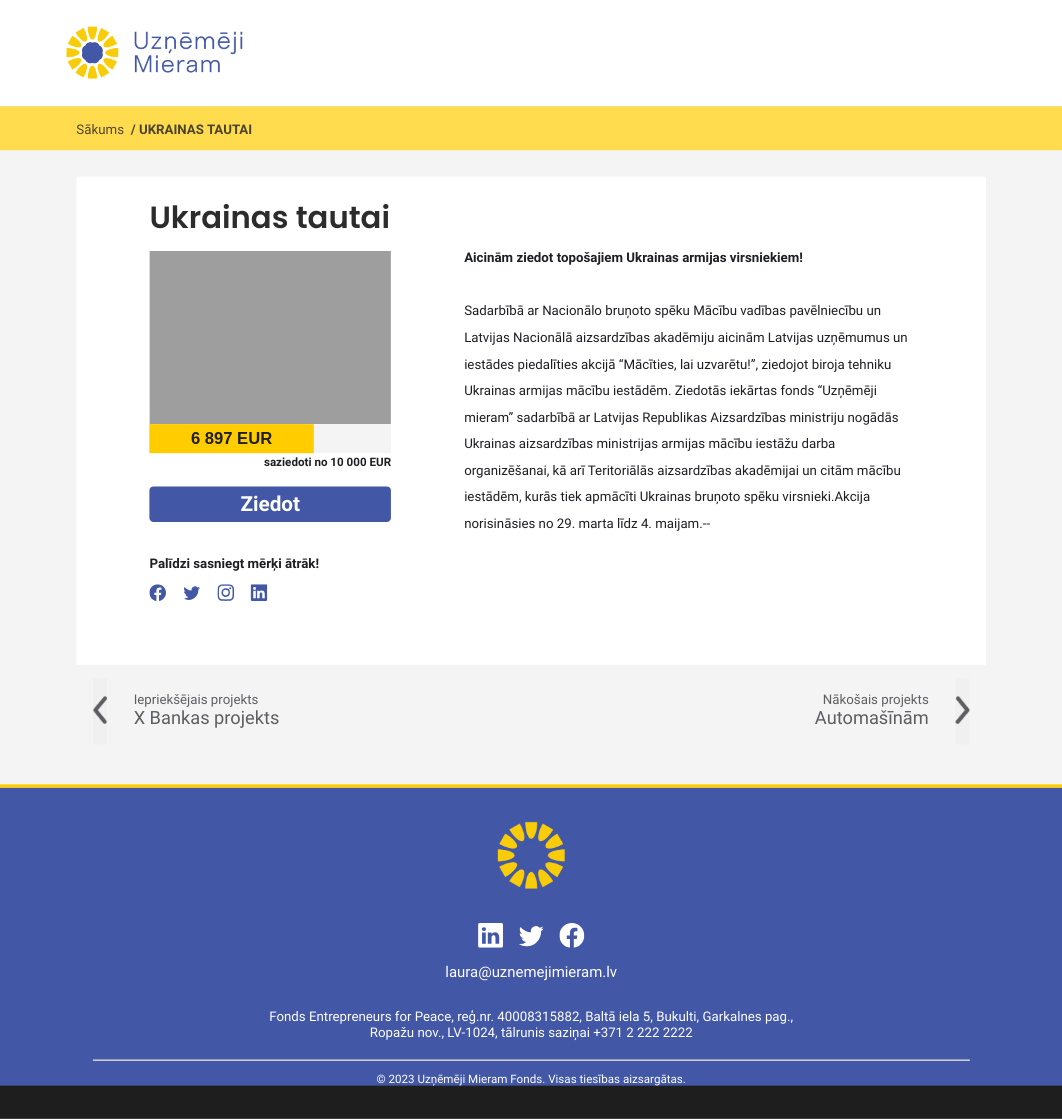
Repository: KatrinaPa/projekts11
Page: projekts-donateUkr.html
The author's editor kept a copy of each file at every save. The page is drawn from the files as they stood at one save, then again after the next save.
The browser window is 1280 px wide. The pictures show the whole page, at 83% of full size.
Pictures or frames that could not be fetched are drawn as grey boxes.

Above is the page before, as saved 2023-05-31 05:20:21.
Console error: TypeError: Cannot read properties of null (reading 'children')

### projekts-donateUkr.html
<!DOCTYPE html>
<html lang="en">

<head>
    <meta charset="UTF-8">
    <meta http-equiv="X-UA-Compatible" content="IE=edge">
    <meta name="viewport" content="width=device-width, initial-scale=1.0">
    <title>Ukrainas tautai</title>
    <link rel="preconnect" href="https://fonts.googleapis.com">
    <link rel="preconnect" href="https://fonts.gstatic.com" crossorigin>
    <link href="https://fonts.googleapis.com/css2?family=Poppins:wght@300;400;500;600;700&display=swap"
        rel="stylesheet">
    <link rel="preconnect" href="https://fonts.googleapis.com">
    <link rel="preconnect" href="https://fonts.gstatic.com" crossorigin>
    <link href="https://fonts.googleapis.com/css2?family=Poppins:wght@300;400;500;600&display=swap" rel="stylesheet">
    <link rel="stylesheet" href="./assets/main.css" />
    <link rel="stylesheet" href="./assets/projekti.css" />
    <link rel="stylesheet" href="https://cdnjs.cloudflare.com/ajax/libs/font-awesome/6.2.0/css/all.min.css" />
    <script src="assets/main.js" defer></script>
</head>

<body>
    <div class="panel">
        <header class="header">
            <nav class="navbar">
                <a href="sakums.html" id="project-nav-home"><img src="assets/images/UM_logo.png" alt="uznemejiMieram"
                        id="logo"></a>
                <div class="navigation">
                    <ul class="nav-menu">
                        <li class="nav-item"><a href="sakums.html" class="nav-link">Sākums</a></li>
                        <li class="nav-item"><a href="donate_projects.html" class="nav-link">Ziedot</a></li>
                    </ul>
                    <div class="hamburger">
                        <span class="bar"></span>
                        <span class="bar"></span>
                        <span class="bar"></span>
                    </div>
                </div>
            </nav>
        </header>
        <main>
            <section id="wrapper_project" class="section_project">
                <div class="project-nav">
                    <a href="sakums.html" id="project-nav-home">Sākums</a>
                    <p>/ UKRAINAS TAUTAI</p>
                </div>
                <div class="carousel_project">
                    <h1>Ukrainas tautai</h1>
                    <div class="wrapper_donate_project">
                        <div class="donate_project-left">
                            <img src="assets/images/img_36.png" alt="">
                            <div class="thMeter_raised">
                                <div class="thMeter-wrapper">
                                    <button id="thMeter-proj-support">6 897 EUR</button>
                                    <p>saziedoti no 10 000 EUR</p>
                                </div>
                            </div>

                            <div class="btn_ziedot-project">
                                <a href="donate_Ukr-private-onetime.html" class="ziedot-proj"
                                    id="ziedot-proj-support">Ziedot</a>
                            </div>
                            <div class="share">
                                <p>Palīdzi sasniegt mērķi ātrāk!</p>
                                <div>
                                    <svg xmlns="http://www.w3.org/2000/svg" width="20" height="20" fill="#4257A6"
                                        class="bi bi-facebook" viewBox="0 0 16 16">
                                        <path
                                            d="M16 8.049c0-4.446-3.582-8.05-8-8.05C3.58 0-.002 3.603-.002 8.05c0 4.017 2.926 7.347 6.75 7.951v-5.625h-2.03V8.05H6.75V6.275c0-2.017 1.195-3.131 3.022-3.131.876 0 1.791.157 1.791.157v1.98h-1.009c-.993 0-1.303.621-1.303 1.258v1.51h2.218l-.354 2.326H9.25V16c3.824-.604 6.75-3.934 6.75-7.951z" />
                                    </svg>
                                    <svg xmlns="http://www.w3.org/2000/svg" width="20" height="20" fill="#4257A6"
                                        class="bi bi-twitter" viewBox="0 0 16 16">
                                        <path
                                            d="M5.026 15c6.038 0 9.341-5.003 9.341-9.334 0-.14 0-.282-.006-.422A6.685 6.685 0 0 0 16 3.542a6.658 6.658 0 0 1-1.889.518 3.301 3.301 0 0 0 1.447-1.817 6.533 6.533 0 0 1-2.087.793A3.286 3.286 0 0 0 7.875 6.03a9.325 9.325 0 0 1-6.767-3.429 3.289 3.289 0 0 0 1.018 4.382A3.323 3.323 0 0 1 .64 6.575v.045a3.288 3.288 0 0 0 2.632 3.218 3.203 3.203 0 0 1-.865.115 3.23 3.23 0 0 1-.614-.057 3.283 3.283 0 0 0 3.067 2.277A6.588 6.588 0 0 1 .78 13.58a6.32 6.32 0 0 1-.78-.045A9.344 9.344 0 0 0 5.026 15z" />
                                    </svg>
                                    <svg xmlns="http://www.w3.org/2000/svg" width="20" height="20" fill="#4257A6"
                                        class="bi bi-instagram" viewBox="0 0 16 16">
                                        <path
                                            d="M8 0C5.829 0 5.556.01 4.703.048 3.85.088 3.269.222 2.76.42a3.917 3.917 0 0 0-1.417.923A3.927 3.927 0 0 0 .42 2.76C.222 3.268.087 3.85.048 4.7.01 5.555 0 5.827 0 8.001c0 2.172.01 2.444.048 3.297.04.852.174 1.433.372 1.942.205.526.478.972.923 1.417.444.445.89.719 1.416.923.51.198 1.09.333 1.942.372C5.555 15.99 5.827 16 8 16s2.444-.01 3.298-.048c.851-.04 1.434-.174 1.943-.372a3.916 3.916 0 0 0 1.416-.923c.445-.445.718-.891.923-1.417.197-.509.332-1.09.372-1.942C15.99 10.445 16 10.173 16 8s-.01-2.445-.048-3.299c-.04-.851-.175-1.433-.372-1.941a3.926 3.926 0 0 0-.923-1.417A3.911 3.911 0 0 0 13.24.42c-.51-.198-1.092-.333-1.943-.372C10.443.01 10.172 0 7.998 0h.003zm-.717 1.442h.718c2.136 0 2.389.007 3.232.046.78.035 1.204.166 1.486.275.373.145.64.319.92.599.28.28.453.546.598.92.11.281.24.705.275 1.485.039.843.047 1.096.047 3.231s-.008 2.389-.047 3.232c-.035.78-.166 1.203-.275 1.485a2.47 2.47 0 0 1-.599.919c-.28.28-.546.453-.92.598-.28.11-.704.24-1.485.276-.843.038-1.096.047-3.232.047s-2.39-.009-3.233-.047c-.78-.036-1.203-.166-1.485-.276a2.478 2.478 0 0 1-.92-.598 2.48 2.48 0 0 1-.6-.92c-.109-.281-.24-.705-.275-1.485-.038-.843-.046-1.096-.046-3.233 0-2.136.008-2.388.046-3.231.036-.78.166-1.204.276-1.486.145-.373.319-.64.599-.92.28-.28.546-.453.92-.598.282-.11.705-.24 1.485-.276.738-.034 1.024-.044 2.515-.045v.002zm4.988 1.328a.96.96 0 1 0 0 1.92.96.96 0 0 0 0-1.92zm-4.27 1.122a4.109 4.109 0 1 0 0 8.217 4.109 4.109 0 0 0 0-8.217zm0 1.441a2.667 2.667 0 1 1 0 5.334 2.667 2.667 0 0 1 0-5.334z" />
                                    </svg>
                                    <svg xmlns="http://www.w3.org/2000/svg" width="20" height="20" fill="#4257A6"
                                        class="bi bi-linkedin" viewBox="0 0 16 16">
                                        <path
                                            d="M0 1.146C0 .513.526 0 1.175 0h13.65C15.474 0 16 .513 16 1.146v13.708c0 .633-.526 1.146-1.175 1.146H1.175C.526 16 0 15.487 0 14.854V1.146zm4.943 12.248V6.169H2.542v7.225h2.401zm-1.2-8.212c.837 0 1.358-.554 1.358-1.248-.015-.709-.52-1.248-1.342-1.248-.822 0-1.359.54-1.359 1.248 0 .694.521 1.248 1.327 1.248h.016zm4.908 8.212V9.359c0-.216.016-.432.08-.586.173-.431.568-.878 1.232-.878.869 0 1.216.662 1.216 1.634v3.865h2.401V9.25c0-2.22-1.184-3.252-2.764-3.252-1.274 0-1.845.7-2.165 1.193v.025h-.016a5.54 5.54 0 0 1 .016-.025V6.169h-2.4c.03.678 0 7.225 0 7.225h2.4z" />
                                    </svg>
                                </div>
                            </div>
                        </div>
                        <div class="donate_project-right">
                            <button class="wrapper_btn-up top">
                                <i id="up" class="fa-solid fa-angle-up"></i>
                            </button>
                            <p><strong>Aicinām ziedot topošajiem Ukrainas armijas virsniekiem!</strong>
                                <br><br>
                                Sadarbībā ar Nacionālo bruņoto spēku Mācību vadības
                                pavēlniecību un Latvijas Nacionālā aizsardzības akadēmiju aicinām
                                Latvijas
                                uzņēmumus un iestādes piedalīties akcijā “Mācīties, lai uzvarētu!”,
                                ziedojot
                                biroja tehniku Ukrainas armijas mācību iestādēm.
                                Ziedotās iekārtas fonds “Uzņēmēji
                                mieram” sadarbībā ar Latvijas Republikas Aizsardzības ministriju nogādās
                                Ukrainas aizsardzības ministrijas armijas mācību iestāžu darba
                                organizēšanai, kā arī Teritoriālās aizsardzības akadēmijai un citām
                                mācību
                                iestādēm, kurās tiek apmācīti Ukrainas bruņoto spēku virsnieki.Akcija
                                norisināsies no 29. marta līdz 4. maijam.--
                            </p>
                            <button class="wrapper_btn-up bottom">
                                <i id="up" class="fa-solid fa-angle-up"></i>
                            </button>
                        </div>
                    </div>
                </div>
                <div class="to-project">
                    <div class="previous">
                        <button class="carousel_proj_btn">
                            <img src="assets/images/arrow_left.png" alt="left" id="arrow-left">
                        </button>
                        <div>
                            <p>Iepriekšējais projekts</p>
                            <a href="projekts-xbank.html" id="project-nav-xbanka">X Bankas projekts</a>
                        </div>
                    </div>
                    <div class="next">
                        <div>
                            <p>Nākošais projekts</p>
                            <a href="projekts-cars.html" id="project-nav-cars">Automašīnām</a>
                        </div>
                        <button class="carousel_proj_btn carousel_proj_btn-right">
                            <img src="assets/images/arrow_right.png" alt="rigt" id="arrow-right">
                        </button>
                    </div>
                </div>
                <div class="yellow-bottom"></div>
            </section>
        </main>
    </div>
    <footer>
        <div class="about">
            <img src="assets/images/UM_simbols.png" alt="uznemejiMieram">
            <div class="social">
                <svg xmlns="http://www.w3.org/2000/svg" width="30" height="30" fill="#ffffff" class="bi bi-linkedin"
                    viewBox="0 0 16 16">
                    <path
                        d="M0 1.146C0 .513.526 0 1.175 0h13.65C15.474 0 16 .513 16 1.146v13.708c0 .633-.526 1.146-1.175 1.146H1.175C.526 16 0 15.487 0 14.854V1.146zm4.943 12.248V6.169H2.542v7.225h2.401zm-1.2-8.212c.837 0 1.358-.554 1.358-1.248-.015-.709-.52-1.248-1.342-1.248-.822 0-1.359.54-1.359 1.248 0 .694.521 1.248 1.327 1.248h.016zm4.908 8.212V9.359c0-.216.016-.432.08-.586.173-.431.568-.878 1.232-.878.869 0 1.216.662 1.216 1.634v3.865h2.401V9.25c0-2.22-1.184-3.252-2.764-3.252-1.274 0-1.845.7-2.165 1.193v.025h-.016a5.54 5.54 0 0 1 .016-.025V6.169h-2.4c.03.678 0 7.225 0 7.225h2.4z" />
                </svg>
                <svg xmlns="http://www.w3.org/2000/svg" width="30" height="30" fill="#ffffff" class="bi bi-twitter"
                    viewBox="0 0 16 16">
                    <path
                        d="M5.026 15c6.038 0 9.341-5.003 9.341-9.334 0-.14 0-.282-.006-.422A6.685 6.685 0 0 0 16 3.542a6.658 6.658 0 0 1-1.889.518 3.301 3.301 0 0 0 1.447-1.817 6.533 6.533 0 0 1-2.087.793A3.286 3.286 0 0 0 7.875 6.03a9.325 9.325 0 0 1-6.767-3.429 3.289 3.289 0 0 0 1.018 4.382A3.323 3.323 0 0 1 .64 6.575v.045a3.288 3.288 0 0 0 2.632 3.218 3.203 3.203 0 0 1-.865.115 3.23 3.23 0 0 1-.614-.057 3.283 3.283 0 0 0 3.067 2.277A6.588 6.588 0 0 1 .78 13.58a6.32 6.32 0 0 1-.78-.045A9.344 9.344 0 0 0 5.026 15z" />
                </svg>
                <svg xmlns="http://www.w3.org/2000/svg" width="30" height="30" fill="#ffffff" class="bi bi-facebook"
                    viewBox="0 0 16 16">
                    <path
                        d="M16 8.049c0-4.446-3.582-8.05-8-8.05C3.58 0-.002 3.603-.002 8.05c0 4.017 2.926 7.347 6.75 7.951v-5.625h-2.03V8.05H6.75V6.275c0-2.017 1.195-3.131 3.022-3.131.876 0 1.791.157 1.791.157v1.98h-1.009c-.993 0-1.303.621-1.303 1.258v1.51h2.218l-.354 2.326H9.25V16c3.824-.604 6.75-3.934 6.75-7.951z" />
                </svg>
            </div>
            <div class="contacts">
                <p>laura@uznemejimieram.lv</p>
                <p>Fonds Entrepreneurs for Peace, reģ.nr. 40008315882, Baltā iela 5, Bukulti, Garkalnes pag., Ropažu
                    nov., LV-1024, tālrunis saziņai +371 2 222 2222</p>
            </div>
        </div>
        <div class="copy">
            <hr>
            <p>© 2023 Uzņēmēji Mieram Fonds. Visas tiesības aizsargātas.</p>
        </div>
    </footer>
    </div>

</body>

</html>

### assets/projekti.css
#wrapper_project {
    background-color: #f4f4f4;
    font-family: 'Roboto';
}

.section_project {}

h1 {
    font-size: 37px;
    line-height: 50px;
}

.project-nav {
    display: flex;
    flex-direction: row;
    gap: 0.5rem;
    padding: 1.1rem 5.75rem 0 5.75rem;
    background-color: #FFDB4D;
}

.project-nav a {
    text-decoration: none;
    color: #1E1F24;
    font-size: 16px;
    font-weight: 400;
    opacity: 80%;
}

.project-nav a:hover {
    font-weight: 600;
    cursor: pointer;
    opacity: 100%;
}

.project-nav p {
    text-decoration: none;
    color: #1E1F24;
    font-size: 16px;
    font-weight: 600;
    margin-block-start: 0;
    opacity: 80%;
}

.carousel_project {
    position: relative;
    background-color: #ffffff;
    display: flex;
    flex-direction: column;
    margin: 2rem 5.75rem 2rem 5.75rem;
    width: 68.5rem;
    height: 36.75rem;
}

.carousel_proj_btn {
    height: 100%;
    margin-top: -1rem;
    padding: 0;
    border: 0;
}

.donate_project-left img {
    width: 100%;
    height: 13rem;
    object-fit: cover;
}

.wrapper_donate_project {
    display: flex;
    flex-direction: row;
    transition: transform 0ms ease-in;
}

.carousel_project h1 {
    padding: 1.5rem 0 1rem 5.5rem;
}

.donate_project-left {
    display: flex;
    flex-direction: column;
    width: 35%;
    margin: 0 0 2rem 5.5rem;
}

.donate_project-right {
    width: 65%;
    height: 100%;
    margin: 0rem 5.5rem 2rem 5.5rem;
    margin-block-start: -0.5rem;
}

.donate_project-right p {
    margin-block-start: 0;
    line-height: 32px;
    font-size: 16px;
    color: #1E1F24;
}

.wrapper_project_donate i {
    position: absolute;
    cursor: pointer;
    font-size: 20px;
    color: rgba(0, 0, 0, 0.7);
}

.wrapper_btn-up {
    border-style: none;
    background: none;
    order: 2;
    grid-column: 1/-1;
    display: flex;
    justify-content: flex-end;
}

.wrapper_project_donate p {
    margin: 0;
    grid-column: 1/-1;
}

.thMeter-wrapper {
    width: 100%;
    background-color: #f4f4f4;
    margin: 0;
}

#thMeter-proj-support,
#thMeter-proj-cars,
#thMeter-proj-drones,
#thMeter-proj-npa,
#thMeter-proj-ambassadors,
#thMeter-proj-xbank {
    background-color: #ffcc00;
}

.support-span,
.nmp-span,
.drones-span,
.cars-span,
.xbank-span {
    color: #1E1F24;
    font-size: 14px;
    left: 5rem;
    padding: 0.65rem 0 0 2rem;
    position: absolute;
    font-weight: 600;
}

.thMeter_raised p {
    text-align: right;
    color: #1E1F24;
    font-size: 14px;
    margin: 0.2rem 0 1rem 0;
}

.thMeter_raised p:first-child {
    margin: 1rem 0 0.3rem 0;
}

.btn_ziedot-project {
    margin-top: 2.5rem;
}

.share {
    font-size: 16px;
    font-weight: 600;
    margin-top: 1.5rem;
    color: #1E1F24;
}

.share div {
    display: flex;
    gap: 1.3rem;
}

.to-project {
    display: flex;
    flex-direction: row;
    justify-content: space-between;
    height: 5rem;
    font-size: 16px;
    color: #1E1F24;
    opacity: 70%;
    margin: 2rem 7rem 2rem 7rem;
}


.to-project:hover {
    opacity: 100%;
    cursor: pointer;
}

.previous {
    display: flex;
    flex-direction: row;
    gap: 1rem;
}

.previous div {
    margin-left: 1rem;
}

.previous p,
.next p {
    margin-block-end: 0;
    margin-block-start: 0;
}

#project-nav-xbanka,
#project-nav-cars,
#project-nav-ambulances,
#project-nav-donate,
#project-nav-drones,
#project-nav-ambassadors {
    color: #1E1F24;
    font-size: 22px;
    text-decoration: none;
    font-weight: 400;
}

#project-nav-xbanka:hover,
#project-nav-cars:hover,
#project-nav-ambulances:hover,
#project-nav-donate:hover,
#project-nav-drones:hover,
#project-nav-ambassadors:hover {
    font-weight: 600;
}

.next {
    display: flex;
    flex-direction: row;
    gap: 1rem;
}

.next div {
    margin-right: 1rem;
    display: flex;
    flex-direction: column;
    align-items: flex-end;
    text-align: right;
}

.yellow-bottom {
    height: 0.25rem;
    background-color: #ffcc00;
}

@media (min-width: 1280px) {

    .wrapper_thMeter_img {
        width: 32%;
        height: 30rem;
    }

    .wrapper_project_donate {
        width: 68%;
    }
}

@media screen and (max-width: 1279px) {

    .section_project {
        padding: 0;
        margin: 0;
    }

    .project-nav {
        padding: 1.1rem 2rem 0 5rem;
    }

    .wrapper_donate_project {
        display: flex;
        flex-direction: row;
    }

    .donate_project-right {
        margin: 0rem 2rem 2rem 2rem;
    }

    .carousel_project {
        margin: 0px 5rem;
    }

    .carousel_proj_btn i {
        font-size: 33px;
    }

    .wrapper_thMeter_img {
        margin: 0.5rem 2rem 0.5rem 2rem;
    }

    .wrapper_thMeter_img img {
        width: 50%;
        height: 10rem;
    }

    .wrapper_project_donate {
        margin: 0.5rem 2rem 2rem 2rem;
    }

    .wrapper_project_donate p {
        padding-bottom: 2rem;
    }

    .thMeter-btn {
        width: 19rem;
    }

    #share {
        font-size: 18px;
    }

    .thMeter-btn {
        width: 16rem;
    }

    .to-project {
        margin: 2rem;
    }
}

@media screen and (min-width: 701px) {
    .wrapper_btn-up {
        display: none;
    }
}

@media screen and (max-width: 700px) {
    .panel {
        max-width: 480px;
    }

    #wrapper_project {}

    .section_project {
        padding-bottom: 0;
    }

    .project-nav {
        padding: 1.1rem 2rem 0 2rem;
    }

    .carousel_project {
        margin: 0;
        padding: 2rem;
    }

    .carousel_project h1 {
        padding: 1rem 0;
        font-size: 47px;
        line-height: 52px;
    }

    .wrapper_donate_project {
        display: flex;
        flex-direction: column;
    }

    .donate_project-left,
    .donate_project-right {
        width: 100%;
        margin: 0;
    }

    .donate_project-right {
        margin-top: 0.5rem;
    }

    .btn_ziedot-project {
        margin-top: 3rem;
    }

    .share {
        display: flex;
        flex-direction: row-reverse;
        justify-content: center;
        align-items: center;
        gap: 1rem;
    }

    .wrapper_thMeter_img {
        padding: 0;
    }

    .wrapper_thMeter_img p {
        display: none;
    }

    .wrapper_donate_project h1 {
        font-size: 24px;
        padding: 2rem 0 0 3rem;
    }

    .wrapper_project_donate {
        padding: 0;
        display: grid;
        grid-gap: 0.5rem;
        margin: 0.5rem 2rem 1rem 2rem
    }

    .wrapper_project_donate i {
        font-size: 22px;
        color: rgba(0, 0, 0, 0.5);
    }

    .wrapper_thMeter_img img {
        width: 100%;
        height: 15rem;
    }

    #thMeter {
        width: 100%;
        margin: 0.3rem 0 0.7rem 0;
    }

    .thMeter-btn {
        width: 22rem;
    }

    .wrapper_btn-up.top {
        margin: 1rem 0;
    }

    .wrapper_btn-up.bottom {
        margin: 1rem 0;
    }

    .wrapper_project_donate p {
        order: 3;
        padding: 1rem 0;
    }

    .to-project {
        margin: 1rem 0 2rem 0;
    }

}

Loaded but not shown: assets/main.js (97 lines, source omitted); assets/main.css (1929 lines, source omitted)

After the next save:
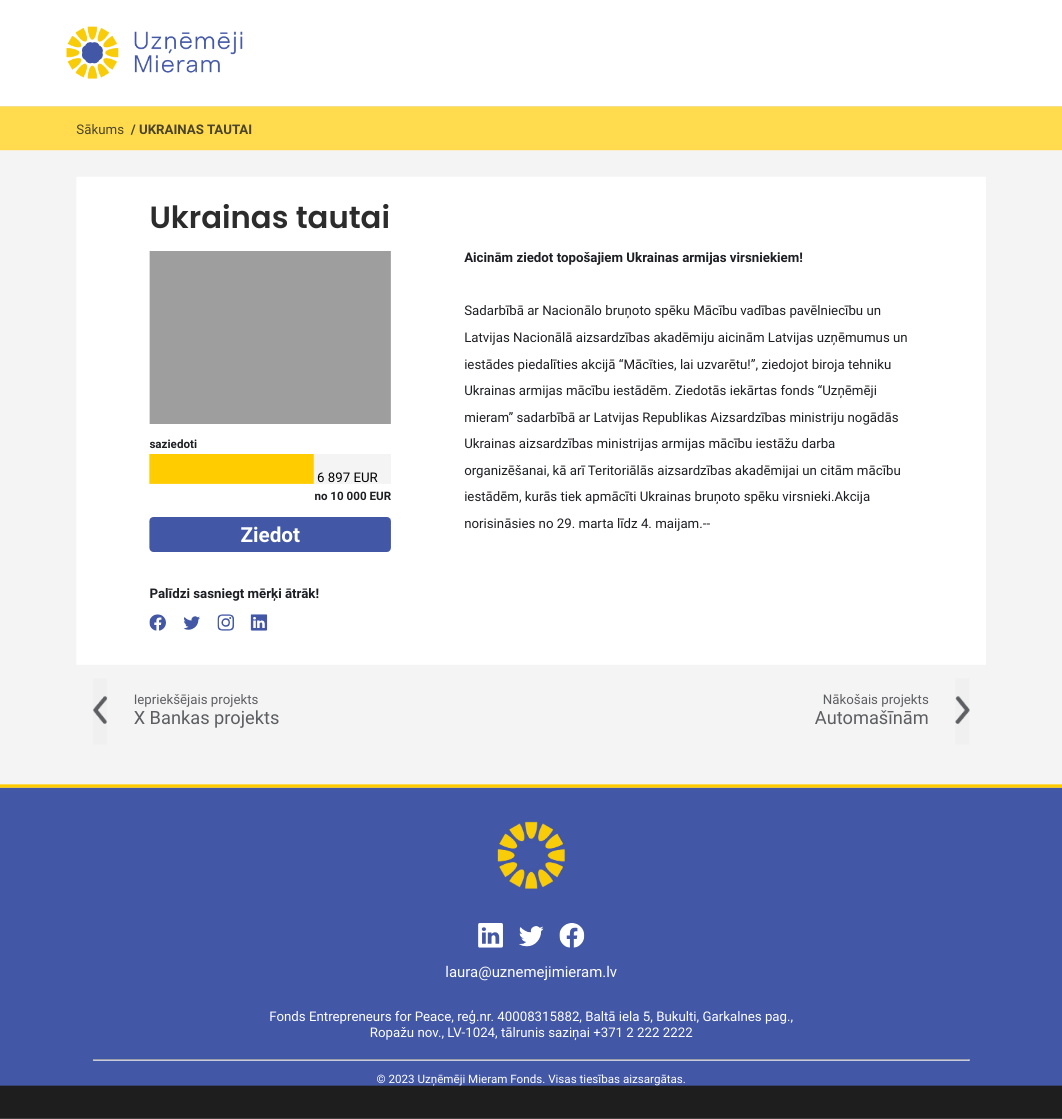
Saved 108 s later.
--- a/projekts-donateUkr.html
+++ b/projekts-donateUkr.html
@@ -50,9 +50,11 @@
                         <div class="donate_project-left">
                             <img src="assets/images/img_36.png" alt="">
                             <div class="thMeter_raised">
+                                <p>saziedoti</p>
                                 <div class="thMeter-wrapper">
-                                    <button id="thMeter-proj-support">6 897 EUR</button>
-                                    <p>saziedoti no 10 000 EUR</p>
+                                    <button id="thMeter-proj-support"></button>
+                                    <span class="xbank-support">6 897 EUR</span>
+                                    <p>no 10 000 EUR</p>
                                 </div>
                             </div>
 
